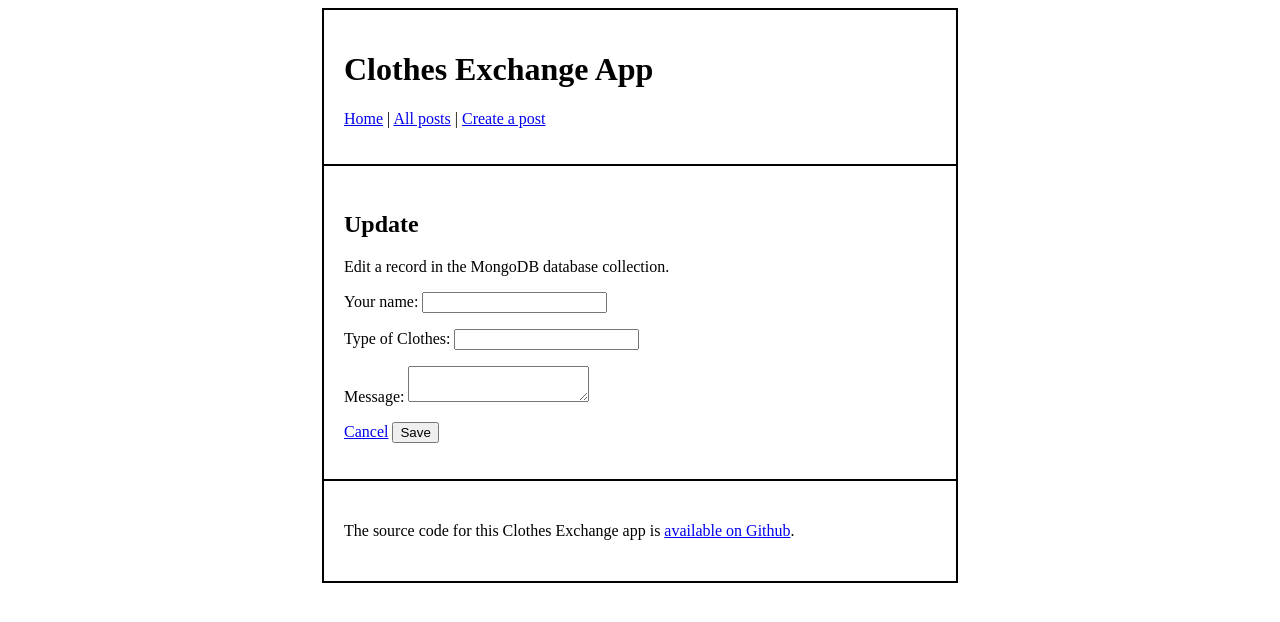
Repository: dbdesign-students-spring2024/7-web-app-dianachen1013
Page: templates/edit.html
An editor plug-in stored every save of this project. The page is shown before and after the next save, followed by the edit.
The browser window is 1280 px wide. The pictures show the whole page.
The page is served by the project's application, run on Flask 3 (app.py). The template is opened directly, without the code that normally fills it, so the values that code supplies are empty.

Above is the page before, as saved 2024-04-15 19:22:30.

### templates/edit.html
{% extends 'base.html' %} {% block container %}
<h2>Update</h2>
<p>Edit a record in the MongoDB database collection.</p>
<form method="POST" action="{{ url_for('edit_post', mongoid=mongoid) }}">
  <p>
    Your name:
    <input type="text" id="fname" name="fname" value="{{doc.name}}" /><br />
  </p>
  <p>
    Type of Clothes:
    <input type="text" id="ftype" name="ftype" value="{{doc.type}}"/><br />
  </p>
  <p>
    Message:
    <textarea id="fmessage" name="fmessage">{{doc.message}}</textarea>
  </p>
  <p>
    <a href="{{ url_for('read')}}">Cancel</a>
    <input type="submit" name="post-btn" value="Save" />
  </p>
</form>
{% endblock %}

### templates/base.html
<!DOCTYPE html>
<html>
  <head>
    <title>Clothes Exchange App</title>
    <link
      rel="stylesheet"
      href="{{ url_for('static', filename='css/style.css') }}"
    />
  </head>
  <body>
    <div class="container">
      <header>
        <h1>Clothes Exchange App</h1>
        <p>
          <a href="{{ url_for('home')}}">Home</a> |
          <a href="{{ url_for('read')}}">All posts</a> |
          <a href="{{ url_for('create')}}">Create a post</a>
        </p>
      </header>
      <main>{% block container %} {% endblock %}</main>
      <footer>
        <p>
          The source code for this Clothes Exchange app is
          <a href="https://github.com/dbdesign-students-spring2024/7-web-app-dianachen1013"
            >available on Github</a
          >.
        </p>
      </footer>
    </div>
  </body>
</html>

### app.py
#!/usr/bin/env python3

import os
import sys
import subprocess
import datetime

from flask import Flask, render_template, request, redirect, url_for, make_response

# import logging
import sentry_sdk
from sentry_sdk.integrations.flask import (
    FlaskIntegration,
)  # delete this if not using sentry.io

# from markupsafe import escape
import pymongo
from pymongo.errors import ConnectionFailure
from bson.objectid import ObjectId
from dotenv import load_dotenv

# load credentials and configuration options from .env file
# if you do not yet have a file named .env, make one based on the template in env.example
load_dotenv(override=True)  # take environment variables from .env.

# initialize Sentry for help debugging... this requires an account on sentrio.io
# you will need to set the SENTRY_DSN environment variable to the value provided by Sentry
# delete this if not using sentry.io
sentry_sdk.init(
    dsn=os.getenv("SENTRY_DSN"),
    # enable_tracing=True,
    # Set traces_sample_rate to 1.0 to capture 100% of transactions for performance monitoring.
    traces_sample_rate=1.0,
    # Set profiles_sample_rate to 1.0 to profile 100% of sampled transactions.
    # We recommend adjusting this value in production.
    integrations=[FlaskIntegration()],
    send_default_pii=True,
)

# instantiate the app using sentry for debugging
app = Flask(__name__)

# # turn on debugging if in development mode
# app.debug = True if os.getenv("FLASK_ENV", "development") == "development" else False

# try to connect to the database, and quit if it doesn't work
try:
    cxn = pymongo.MongoClient(os.getenv("MONGO_URI"))
    db = cxn[os.getenv("MONGO_DBNAME")]  # store a reference to the selected database

    # verify the connection works by pinging the database
    cxn.admin.command("ping")  # The ping command is cheap and does not require auth.
    print(" * Connected to MongoDB!")  # if we get here, the connection worked!
except ConnectionFailure as e:
    # catch any database errors
    # the ping command failed, so the connection is not available.
    print(" * MongoDB connection error:", e)  # debug
    sentry_sdk.capture_exception(e)  # send the error to sentry.io. delete if not using
    sys.exit(1)  # this is a catastrophic error, so no reason to continue to live


# set up the routes


@app.route("/")
def home():
    """
    Route for the home page.
    Simply returns to the browser the content of the index.html file located in the templates folder.
    """
    return render_template("index.html")


@app.route("/read")
def read():
    """
    Route for GET requests to the read page.
    Displays some information for the user with links to other pages.
    """
    docs = db.exampleapp.find({}).sort(
        "created_at", -1
    )  # sort in descending order of created_at timestamp
    return render_template("read.html", docs=docs)  # render the read template


@app.route("/create")
def create():
    """
    Route for GET requests to the create page.
    Displays a form users can fill out to create a new document.
    """
    return render_template("create.html")  # render the create template


@app.route("/create", methods=["POST"])
def create_post():
    """
    Route for POST requests to the create page.
    Accepts the form submission data for a new document and saves the document to the database.
    """

    name = request.form["fname"]
    message = request.form["fmessage"]
    Type_of_Clothes = request.form["ftype"]

    # create a new document with the data the user entered
    doc = {"name": name, "message": message, "Type_of_Clothes": Type_of_Clothes,"created_at": datetime.datetime.utcnow()}
    db.exampleapp.insert_one(doc)  # insert a new document

    return redirect(
        url_for("read")
    )  # tell the browser to make a request for the /read route


@app.route("/edit/<mongoid>")
def edit(mongoid):
    """
    Route for GET requests to the edit page.
    Displays a form users can fill out to edit an existing record.

    Parameters:
    mongoid (str): The MongoDB ObjectId of the record to be edited.
    """
    doc = db.exampleapp.find_one({"_id": ObjectId(mongoid)})
    return render_template(
        "edit.html", mongoid=mongoid, doc=doc
    )  # render the edit template


@app.route("/edit/<mongoid>", methods=["POST"])
def edit_post(mongoid):
    """
    Route for POST requests to the edit page.
    Accepts the form submission data for the specified document and updates the document in the database.

    Parameters:
    mongoid (str): The MongoDB ObjectId of the record to be edited.
    """
    name = request.form ["fname"]
    message = request.form ["fmessage"]
    Type_of_Clothes = request.form ["ftype"]

    update_doc = {
        # "_id": ObjectId(mongoid),
        "name": name,
        "message": message,
        "Type_of_CLothes": Type_of_Clothes,
        "created_at": datetime.datetime.utcnow(),
    }

    db.exampleapp.update_one(
        {"_id": ObjectId(mongoid)}, {"$set": update_doc}  # match criteria
    )

    return redirect(
        url_for("read")
    )  # tell the browser to make a request for the /read route


@app.route("/delete/<mongoid>")
def delete(mongoid):
    """
    Route for GET requests to the delete page.
    Deletes the specified record from the database, and then redirects the browser to the read page.

    Parameters:
    mongoid (str): The MongoDB ObjectId of the record to be deleted.
    """
    db.exampleapp.delete_one({"_id": ObjectId(mongoid)})
    return redirect(
        url_for("read")
    )  # tell the web browser to make a request for the /read route.


@app.route("/webhook", methods=["POST"])
def webhook():
    """
    GitHub can be configured such that each time a push is made to a repository, GitHub will make a request to a particular web URL... this is called a webhook.
    This function is set up such that if the /webhook route is requested, Python will execute a git pull command from the command line to update this app's codebase.
    You will need to configure your own repository to have a webhook that requests this route in GitHub's settings.
    Note that this webhook does do any verification that the request is coming from GitHub... this should be added in a production environment.
    """
    # run a git pull command
    process = subprocess.Popen(["git", "pull"], stdout=subprocess.PIPE)
    pull_output = process.communicate()[0]
    # pull_output = str(pull_output).strip() # remove whitespace
    process = subprocess.Popen(["chmod", "a+x", "flask.cgi"], stdout=subprocess.PIPE)
    chmod_output = process.communicate()[0]
    # send a success response
    response = make_response(f"output: {pull_output}", 200)
    response.mimetype = "text/plain"
    return response


@app.errorhandler(Exception)
def handle_error(e):
    """
    Output any errors - good for debugging.
    """
    return render_template("error.html", error=e)  # render the edit template


# run the app
if __name__ == "__main__":
    # logging.basicConfig(filename="./flask_error.log", level=logging.DEBUG)
    app.run(load_dotenv=True)

### static/css/style.css
.container {
  border: 2px solid;
  width: 50%;
  margin: 0 auto;
}

header,
footer,
main {
  padding: 20px;
}

header,
main {
  border-bottom: 2px solid;
  margin-bottom: 5px;
}

p.post {
  font-size: 12px;
}

footer {
  margin-bottom: 5px;
}

After the next save:
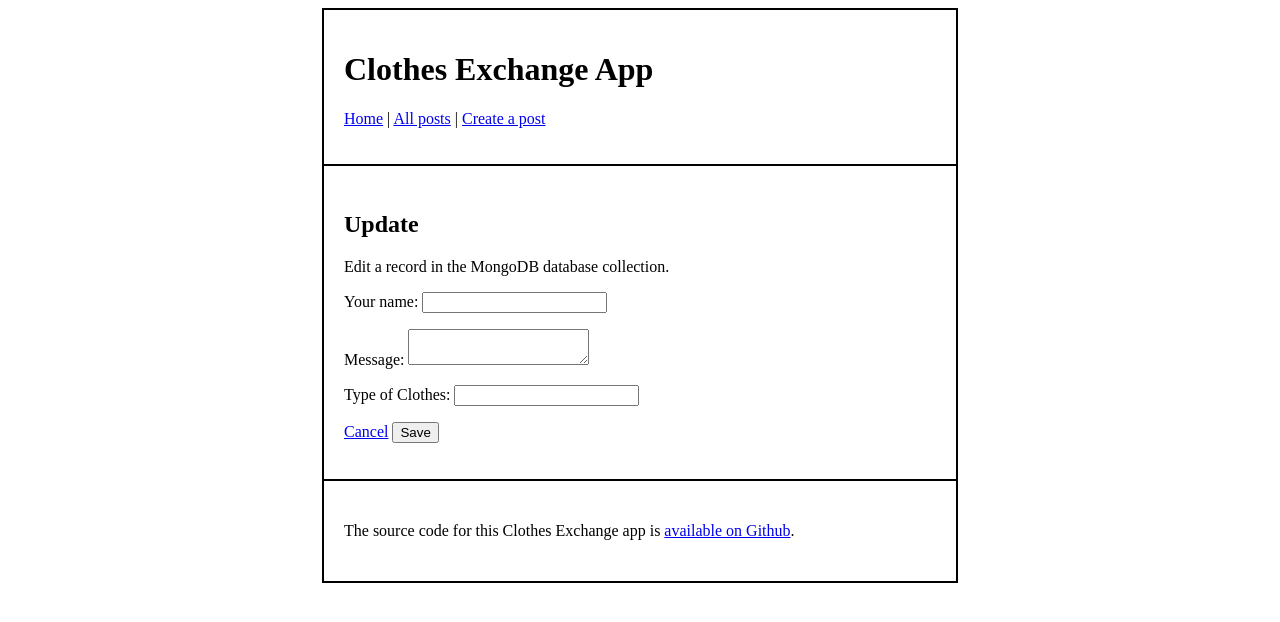
Saved 15 s later.
--- a/templates/edit.html
+++ b/templates/edit.html
@@ -7,12 +7,12 @@
     <input type="text" id="fname" name="fname" value="{{doc.name}}" /><br />
   </p>
   <p>
+    Message:
+    <textarea id="fmessage" name="fmessage">{{doc.message}}</textarea>
+  </p>
+  <p>
     Type of Clothes:
     <input type="text" id="ftype" name="ftype" value="{{doc.type}}"/><br />
-  </p>
-  <p>
-    Message:
-    <textarea id="fmessage" name="fmessage">{{doc.message}}</textarea>
   </p>
   <p>
     <a href="{{ url_for('read')}}">Cancel</a>
